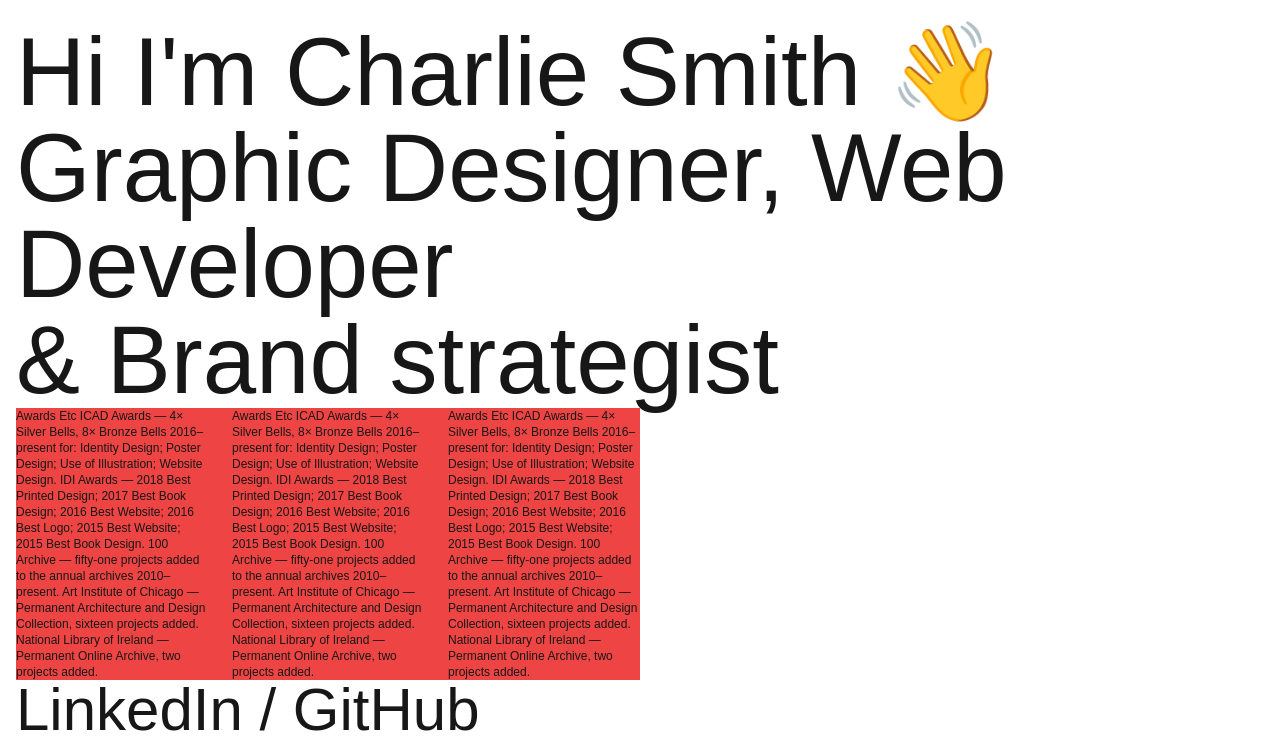
Repository: charlehs/portfolio
Page: /
These files come from the project's save history. The page is drawn as it stood at one moment and after the next save; the edit follows.
The browser window is 1280 px wide. The pictures show the whole page.
The project was rebuilt for these pictures with package versions that can differ from the ones it lists, and the page was loaded fresh each time. The framework's server and built-in components were replaced by stand-ins that run in the browser. Also part of the build but not shown: next.config.ts.

Above is the page before, as saved 2025-01-02 16:59:35.

### app/layout.tsx
import type { Metadata } from "next";
import localFont from "next/font/local";
import Nav from "./components/Nav";
import "./globals.css";

const geistSans = localFont({
  src: "./fonts/GeistVF.woff",
  variable: "--font-geist-sans",
  weight: "100 900",
});
const geistMono = localFont({
  src: "./fonts/GeistMonoVF.woff",
  variable: "--font-geist-mono",
  weight: "100 900",
});

export const metadata: Metadata = {
  title: "Create Next App",
  description: "Generated by create next app",
};

export default function RootLayout({
  children,
}: Readonly<{
  children: React.ReactNode;
}>) {
  return (
    <html lang="en">
      <body
        className={`${geistSans.variable} ${geistMono.variable} antialiased`}
      >
        {/* <Nav /> */}
        {children}
      </body>
    </html>
  );
}

### app/page.tsx
import Image from "next/image";

export default function Home() {
  return (
    <div className="px-4 py-6 flex flex-col justify-between h-screen ">
      <main className=" flex-col">
        <div>
          <p className=" text-8xl">
            Hi I'm Charlie Smith 👋
            <br />{" "}
            <span>
              Graphic Designer, Web Developer
              <br /> & Brand strategist
            </span>
          </p>
        </div>
        <div className="grid grid-cols-3 bg-red-500 text-xs max-w-[50%] gap-6">
          <p>
            Awards Etc ICAD Awards — 4× Silver Bells, 8× Bronze Bells
            2016–present for: Identity Design; Poster Design; Use of
            Illustration; Website Design. IDI Awards — 2018 Best Printed Design;
            2017 Best Book Design; 2016 Best Website; 2016 Best Logo; 2015 Best
            Website; 2015 Best Book Design. 100 Archive — fifty-one projects
            added to the annual archives 2010–present. Art Institute of Chicago
            — Permanent Architecture and Design Collection, sixteen projects
            added. National Library of Ireland — Permanent Online Archive, two
            projects added.
          </p>
          <p>
            Awards Etc ICAD Awards — 4× Silver Bells, 8× Bronze Bells
            2016–present for: Identity Design; Poster Design; Use of
            Illustration; Website Design. IDI Awards — 2018 Best Printed Design;
            2017 Best Book Design; 2016 Best Website; 2016 Best Logo; 2015 Best
            Website; 2015 Best Book Design. 100 Archive — fifty-one projects
            added to the annual archives 2010–present. Art Institute of Chicago
            — Permanent Architecture and Design Collection, sixteen projects
            added. National Library of Ireland — Permanent Online Archive, two
            projects added.
          </p>
          <p>
            Awards Etc ICAD Awards — 4× Silver Bells, 8× Bronze Bells
            2016–present for: Identity Design; Poster Design; Use of
            Illustration; Website Design. IDI Awards — 2018 Best Printed Design;
            2017 Best Book Design; 2016 Best Website; 2016 Best Logo; 2015 Best
            Website; 2015 Best Book Design. 100 Archive — fifty-one projects
            added to the annual archives 2010–present. Art Institute of Chicago
            — Permanent Architecture and Design Collection, sixteen projects
            added. National Library of Ireland — Permanent Online Archive, two
            projects added.
          </p>
        </div>
      </main>
      <footer className=" ">
        <p className=" text-6xl">LinkedIn / GitHub</p>
      </footer>
    </div>
  );
}

### app/globals.css
@tailwind base;
@tailwind components;
@tailwind utilities;

:root {
  --background: #ffffff;
  --foreground: #171717;
}

@media (prefers-color-scheme: dark) {
  :root {
    --background: #0a0a0a;
    --foreground: #ededed;
  }
}

body {
  color: var(--foreground);
  background: var(--background);
  font-family: Arial, Helvetica, sans-serif;
}

@font-face {
  font-family: "Harmond";
  src: url("/fonts/Harmond-SemiBoldCondensed.otf") format("opentype");
  font-weight: 600; /* Regular */
  font-style: normal;
}

@font-face {
  font-family: "Harmond";
  src: url("/fonts/Harmond-SemBdItaCond.otf") format("opentype");
  font-weight: 600; /* Bold */
  font-style: italic;
}
@font-face {
  font-family: "Harmond";
  src: url("/fonts/Harmond-ExtraBoldExpanded.otf") format("opentype");
  font-weight: 800; /* Bold */
  font-style: normal;
}

.harmond-text {
  font-family: "Harmond", sans-serif;
}

.extra-bold {
  font-family: "Harmond", sans-serif;
  font-weight: 800;
  font-style: normal;
}

Loaded but not shown: tailwind.config.ts (common file)

After the next save:
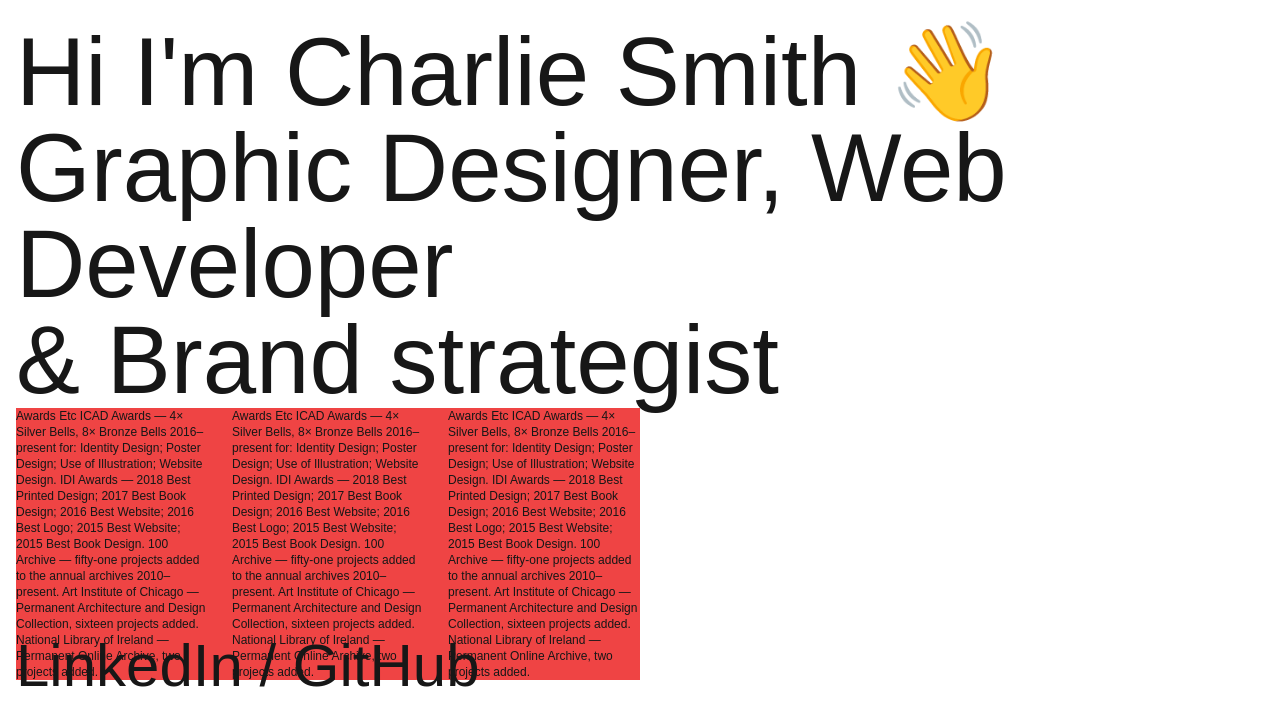
Saved 14 s later.
--- a/app/page.tsx
+++ b/app/page.tsx
@@ -3,7 +3,7 @@ import Image from "next/image";
 export default function Home() {
   return (
     <div className="px-4 py-6 flex flex-col justify-between h-screen ">
-      <main className=" flex-col">
+      <main className=" flex-col h-[60%]">
         <div>
           <p className=" text-8xl">
             Hi I'm Charlie Smith 👋
